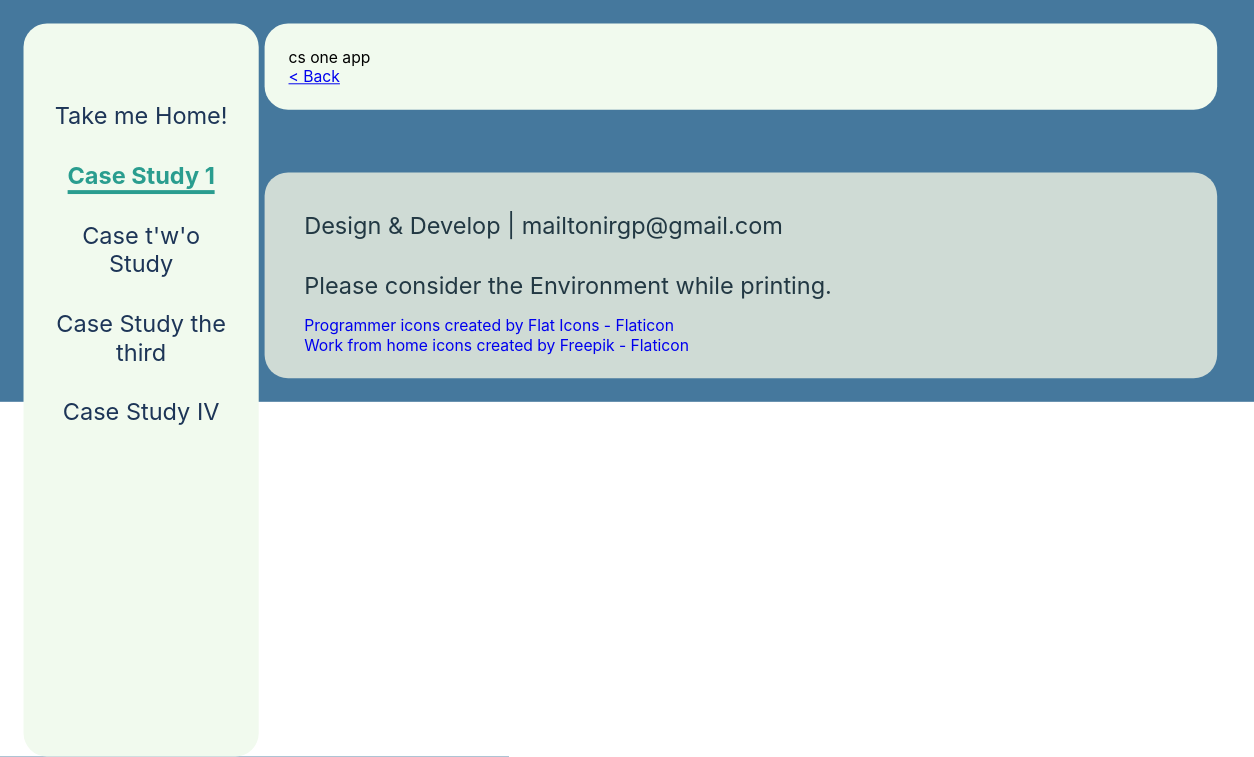
Repository: niranjangp/portfolioReact
Page: /cs-one
The author's editor kept a copy of each file at every save. The page is drawn from the files as they stood at one save, then again after the next save.
The browser window is 1280 px wide. The pictures show the whole page, at 98% of full size.
The project was rebuilt for these pictures with package versions that can differ from the ones it lists, and the page was loaded fresh each time. Also part of the build but not shown: src/pages/enterDesign.jsx, src/pages/notFound.jsx.

Above is the page before, as saved 2022-02-01 01:35:24.

After the next save:
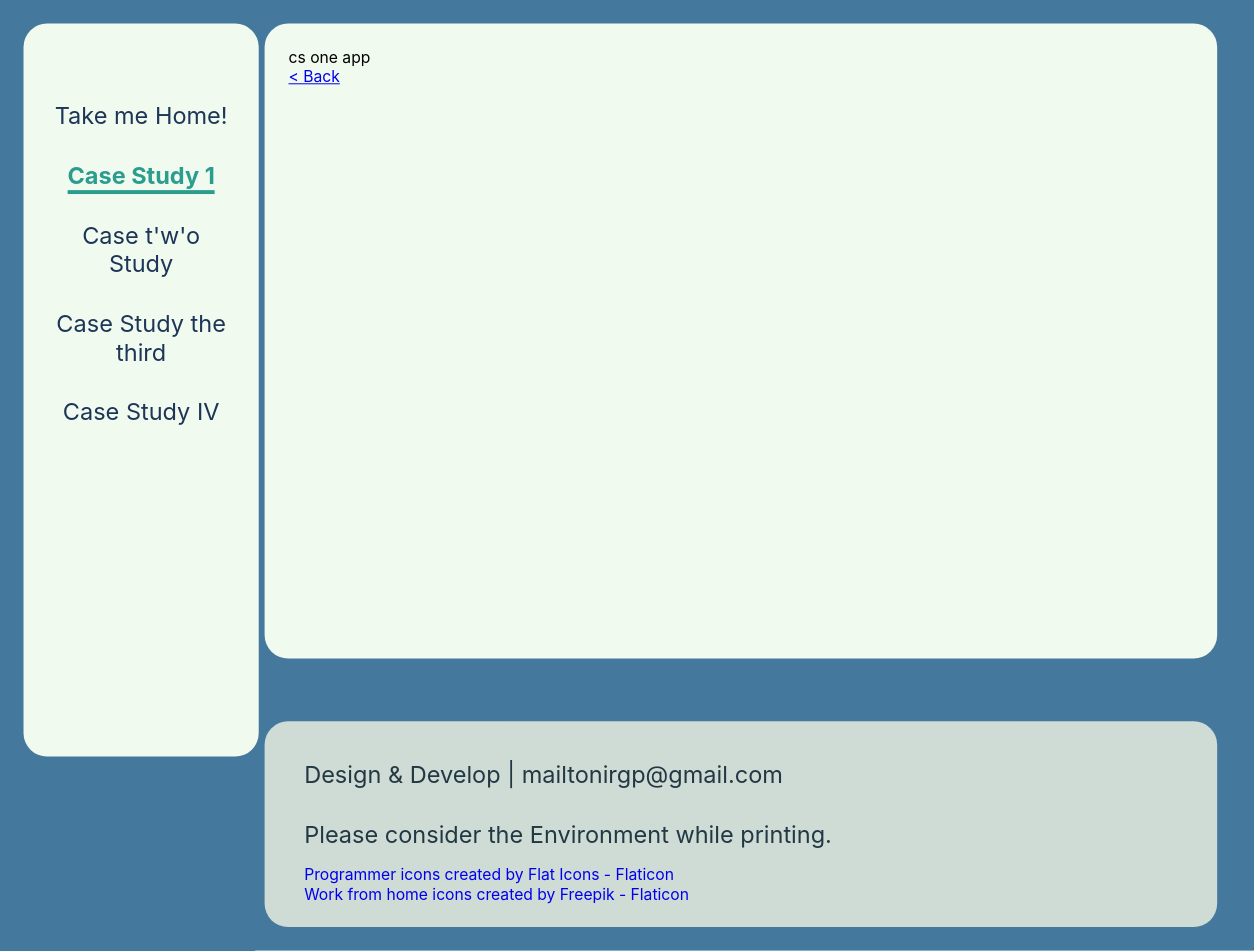
Saved 11 s later.
--- a/src/pages/csOne.jsx
+++ b/src/pages/csOne.jsx
@@ -3,10 +3,10 @@ import { Link } from 'react-router-dom';
 
 const csOne = () => {
   return (
-    <React.Fragment>
+    <div className='csOne'>
       <div>cs one app</div>
       <div><Link to="/enter-the-design">{'< Back'}</Link></div>
-    </React.Fragment>
+    </div>
   )
 };
 
